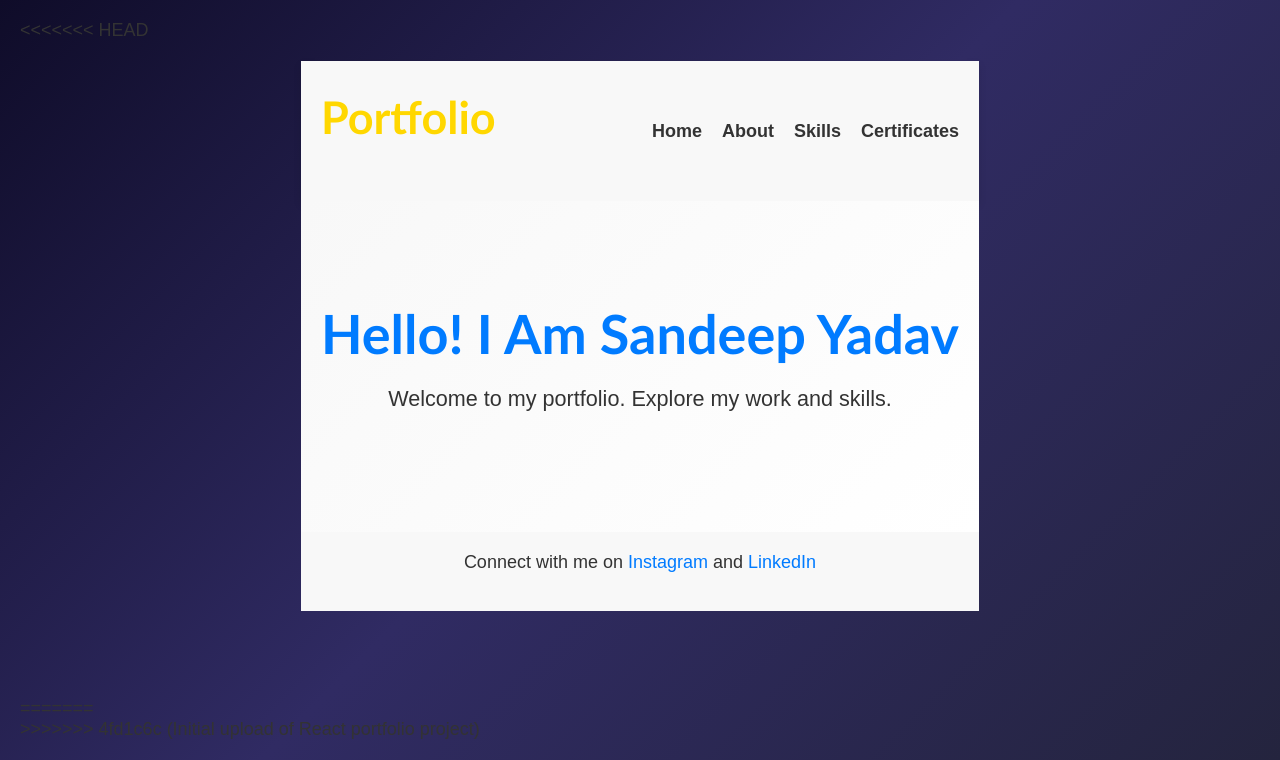
Repository: SandeepYadav18717/Sandeep_portfolio
Page: /
These files come from the project's save history. The page is drawn as it stood at one moment and after the next save; the edit follows.
The browser window is 1280 px wide. The pictures show the whole page.
The project was rebuilt for these pictures with package versions that can differ from the ones it lists, and the page was loaded fresh each time. Also part of the build but not shown: vite.config.js, src/index.css, src/App.css, src/Navbar/Navbar.jsx, src/Pages/Home.css, src/Pages/Index.jsx, src/Cards/Cards.jsx, src/Pages/Skills.jsx and 3 more.

Above is the page before, as saved 2025-08-30 07:42:50.
Console error: ReferenceError: hii is not defined

### index.html
<<<<<<< HEAD
 <!DOCTYPE html>
<html lang="en">
<head>
    <meta charset="UTF-8">
    <meta name="viewport" content="width=device-width, initial-scale=1.0">
    <title>Portfolio - Sandeep Yadav</title>
    <style>
        body {
            margin: 0;
            font-family: 'Arial', sans-serif;
            background-color: #ffffff;
            color: #333333;
            height: 100vh;
            display: flex;
            flex-direction: column;
            justify-content: space-between;
        }

        .container {
            max-width: 1200px;
            margin: 0 auto;
            padding: 20px;
            flex: 1;
        }

        .navbar {
            display: flex;
            justify-content: space-between;
            align-items: center;
            padding: 20px;
            background-color: #f8f8f8;
            box-shadow: 0 4px 8px rgba(0, 0, 0, 0.1);
            animation: slideIn 1s ease-out;
        }

        .navbar ul {
            list-style: none;
            display: flex;
            gap: 20px;
        }

        .navbar ul li {
            display: inline;
        }

        .navbar ul li a {
            color: #333333;
            text-decoration: none;
            font-weight: bold;
            transition: color 0.3s;
        }

        .navbar ul li a:hover {
            color: #007bff;
        }

        .hero {
            text-align: center;
            padding: 100px 20px;
            background: linear-gradient(135deg, #f8f8f8, #ffffff);
            animation: fadeIn 2s ease-in-out;
            flex: 1;
        }

        .hero h1 {
            font-size: 3em;
            margin: 0;
            color: #007bff;
            animation: bounceIn 1.5s ease-in-out;
        }

        .hero p {
            font-size: 1.2em;
            margin: 20px 0;
            color: #333333;
            animation: fadeIn 2s ease-in-out;
        }

        .hero a {
            display: inline-block;
            padding: 10px 20px;
            color: #ffffff;
            background-color: #007bff;
            text-decoration: none;
            border-radius: 5px;
            transition: background-color 0.3s;
            animation: fadeIn 2s ease-in-out;
        }

        .hero a:hover {
            background-color: #0056b3;
        }

        .footer {
            text-align: center;
            padding: 20px;
            background-color: #f8f8f8;
            animation: slideIn 1s ease-out;
        }

        .footer a {
            color: #007bff;
            text-decoration: none;
        }

        @keyframes slideIn {
            from {
                transform: translateY(-100%);
                opacity: 0;
            }
            to {
                transform: translateY(0);
                opacity: 1;
            }
        }

        @keyframes fadeIn {
            from {
                opacity: 0;
            }
            to {
                opacity: 1;
            }
        }

        @keyframes bounceIn {
            0%, 20%, 40%, 60%, 80%, 100% {
                transform: translateY(0);
            }
            50% {
                transform: translateY(-20px);
            }
        }
    </style>
</head>
<body>
    <div class="container">
        <nav class="navbar">
            <div class="logo">
                <h1>Portfolio</h1>
            </div>
            <ul>
                <li><a href="index.html">Home</a></li>
                <li><a href="about sandeep.html">About</a></li>
                <li><a href="Sandeep port experience.html">Skills</a></li>
                <li><a href="Sandeep port certifications.html">Certificates</a></li>
            </ul>
        </nav>

        <section class="hero" id="home">
            <h1>Hello! I Am Sandeep Yadav</h1>
            <p>Welcome to my portfolio. Explore my work and skills.</p>

        </section>

        <footer class="footer">
            <p>Connect with me on <a href="https://instagram.com/sandeepyadav782707?utm_source=qr&igshid=ZDc4ODBmNjlmNQ%3D%3D">Instagram</a> and <a href="https://www.linkedin.com/in/sandeep-yadav-0b6357210">LinkedIn</a></p>
        </footer>
    </div>
</body>
</html>
=======
<!doctype html>
<html lang="en">
  <head>
    <meta charset="UTF-8" />
    <link rel="icon" type="image/svg+xml" href="/vite.svg" />
    <meta name="viewport" content="width=device-width, initial-scale=1.0" />
    <title>Vite + React</title>
  </head>
  <body>
    <div id="root"></div>
    <script type="module" src="/src/main.jsx"></script>
  </body>
</html>
>>>>>>> 4fd1c6c (Initial upload of React portfolio project)

### src/App.jsx
import { useState } from 'react'
import reactLogo from './assets/react.svg'
import viteLogo from '/vite.svg'
import './App.css'
import Navbar from './navbar/Navbar'
import Home from './Pages/Index.jsx'
import Cards, { Card } from './Cards/Cards.jsx'
import Skills from './Pages/Skills.jsx'
import Index from './Pages/Index.jsx'
import Cert from './Certifitae/Certi.jsx'
import Contact from './Contact/contact.jsx'
import Checkbox from "./Practice/Checkbox.jsx"







function App() {

  return (
    <>
   <Checkbox/>







    </>
  )
}

export default App

### src/Navbar/Navabr.css
@import url('https://fonts.googleapis.com/css2?family=Press+Start+2P&display=swap');

#container {
    height: 70px;
    width: 100%;
    display: flex;
    justify-content: space-evenly;
    align-items: center;
    font-family: 'Press Start 2P', cursive;
    color: #4e3940;
    background-color: transparent;
    transition: all 0.2s ease-in-out;
}
#container

.nav-item {
    padding: 10px 25px;
    border-radius: 10px;


    transition: all 0.4s ease;
}

#container .nav-item:hover {
    text-shadow: 2px 2px 5px whitesmoke;
    box-shadow: 0 10px 20px rgba(0,0,0,0.5);
    transform: translateY(-10px) scale(1.1);
    background-color:  #4e3940;
    color: whitesmoke;
    cursor: pointer;
}

body{
    background: linear-gradient(135deg,black);
    height: 100vh;
}

### src/Cards/Card.css
@import url('https://fonts.googleapis.com/css2?family=Montserrat:wght@400;700&display=swap');

#card-contain{
    display: flex;

    height:250px;
    margin-top: 10%;
    justify-content: center;
    border-radius: 25px;
    gap:4%



}


.Back {
  background: linear-gradient(135deg, #3a1c71, #d76d77, #ffaf7b);
  height: 250px;
  width: 250px;
  border-radius: 25px 80px 25px  80px;
  border: 3px double gold;
   margin-left: 0px;
   padding-left: 20px;
   padding-top: 20px;
  transition: transform 0s ease;
  box-shadow: 5px 10px 18px 5px black ;
  animation: card 1s ease-in-out 0s;

}
@keyframes card {
  0%{
    transform: scale(0.5);
    opacity: 0;


  }


  100%{
    transform: scale(1);
    opacity: 200;
  }

}

.Back:hover {
 transform: rotateY(180deg);
 height:400px;
 color: wheat;
  background: linear-gradient(135deg, #0f0c29, #302b63, #24243e);
  border: 3px solid gold;
  box-shadow: 5px 10px 18px  crimson;
  font-family:'Montserrat' ;
}

.Back-X {
  background: linear-gradient(-135deg, #3a1c71, #d76d77, #ffaf7b);
  height: 250px;
  width: 250px;
  padding-left: 20px;
  padding-top: 50px;
  border-radius: 50px;
   margin-left: 0px;
  transition: transform 0s ease;
  box-shadow: 5px 10px 18px 10px black;


}
.Back-X:hover {
  transform: rotateX(180deg);
 height:400px;
 padding-top: 20px;
 color: wheat;
  background: linear-gradient(135deg, #0f0c29, #302b63, #24243e);
  border: 3px solid gold;
  box-shadow: 5px 10px 18px  crimson;
  font-family:'Montserrat' ;



}

.card-1,.card-3  {
  border-radius: 25px;
  height: 250px;
   margin-left: 40px;
  color: transparent;
  transition: transform 1s ease;


}
.card-1:hover {
  transform: rotateY(180deg);


}


.card-2,.card-4 {

  height: 450px;
  width: 250px;
  border-radius: 25px;
   margin-left: 40px;
  transition: transform 1s ease;
  color: transparent;

}

.card-2:hover {
  transform: rotatex(180deg);

}


.card-3:hover {
  transform: rotateY(180deg);
   color: wheat;
}

.card-4:hover {
  transform: rotateX(180deg);

}
body{
 background: linear-gradient(135deg, #0f0c29, #302b63, #24243e);
            color: #f8f8f8;
            min-height: 100vh;
            padding: 20px;
}
h3{
  color: yellow;
  font-size: xx-large;
  margin-top:0% ;
}
h3:hover{
  color: yellow;

  margin-top:0% ;
}
p{
  margin-top: 0%;
}

### src/Pages/Skills.css


h1 {
  text-align: center;
  color: gold;
  font-family: 'Gill Sans', 'Gill Sans MT', Calibri, 'Trebuchet MS', sans-serif;
  margin-top: 20px;
  font-size: 250%;
  margin-top: 5%;
}
#card-skill {
  height: 200px;
  display: flex;

  align-items: center;
  gap:2%;
  border-radius: 20px;
  color: white;
  width:100%




}
.card-skill-1,.card-skill-2,.card-skill-3,.card-skill-4{
    background-color:  rgba(15, 12, 41, 0.7);
    border: 1px solid gold;
    height:145px;
    width:250px;
    background: rgba(15, 12, 41, 0.5);
    border-radius: 25px;
    margin-left: 4%;
    margin-top: 5%;
    text-align: center;
    color: #ffd700


 ;


}
.card-skill-1:hover,.card-skill-2:hover,.card-skill-3:hover,.card-skill-4:hover,.card-skill.h3:hover{
    border-color: #ffd700;
    box-shadow: 10px 15px 15px rgba(255, 215, 0, 0.2),  0 2.5px 5px crimson;
    transform: scale(1.3);
    border:2px, double ,gold;

}
.card-skill.h3 {
  color: yellow;
  background: transparent;
  display: inline-block;
  font-size: 20px;
  transition: transform 0.3s ease, color 0.3s ease;
  height: 35px;
  width:250px;
}

### src/Contact/contact.css
body{
    background-color: azure;
    color: aqua;
    font-size: large;
}
.input-box {
             display: inline-flex;
            align-items: center;
            gap: 15px;
            margin-top: 2%;
            padding: 18px 40px;
            background: linear-gradient(135deg, var(--gold) 0%, #B8860B 100%);
            color: var(--dark);
            border: none;
            font-weight: 600;
            border-radius: 2px;
            transition: var(--transition);
            box-shadow: 0 10px 30px rgba(212, 175, 55, 0.3);
            cursor: pointer;



}
@keyframes input {
   25% {
    transform: translateY(-1225px);
  }
  50% {
    transform: translateZ(100px) translateY(100px);
  }
  75% {
    transform: translateZ(1225px);
  }
}


.input-box:focus {
  border-color: #007bff;
  box-shadow: -4px 15px 25px rgba(240, 241, 243, 0.5);
  width: 500px;

}
button{
    display: inline-flex;
            align-items: center;

            gap: 15px;
            padding: 18px 40px;
            background: linear-gradient(to right, #ff9966, #ff5e62);
            color: Gold;
            border: yellow;
            font-weight: 600;
            border-radius: 2px;
            transition: var(--transition);
            box-shadow: 0 10px 30px rgba(212, 175, 55, 0.3);
            cursor: pointer;
}
button:hover{
     transform: translateY(-3px);
            box-shadow: 0 15px 40px rgba(212, 175, 55, 0.4);
}
#heading{
    font-size: xxx-large;
    color:  #f9dcdc;
    text-shadow: 1px 1px 4px  gold;
    text-align: center;
}

### src/Practice/Checkbox.jsx
import { useState } from "react";

useState

function Checkbox(){
    const[Gender,setGender]=useState(hii);
    function value(event){
        setGender(event.target.value)

    }



    return(

        <>
     <h1>gender </h1>

<input onClick={value}type="radio"
 name="gender"
 id="male"/>male

<input type="radio"
 name="gender"
 id="male"/>Female

     </>
    );
}
export default Checkbox

Loaded but not shown: src/main.jsx (common file); src/index.css (no copy from this time; the picture is the same without it)

After the next save:
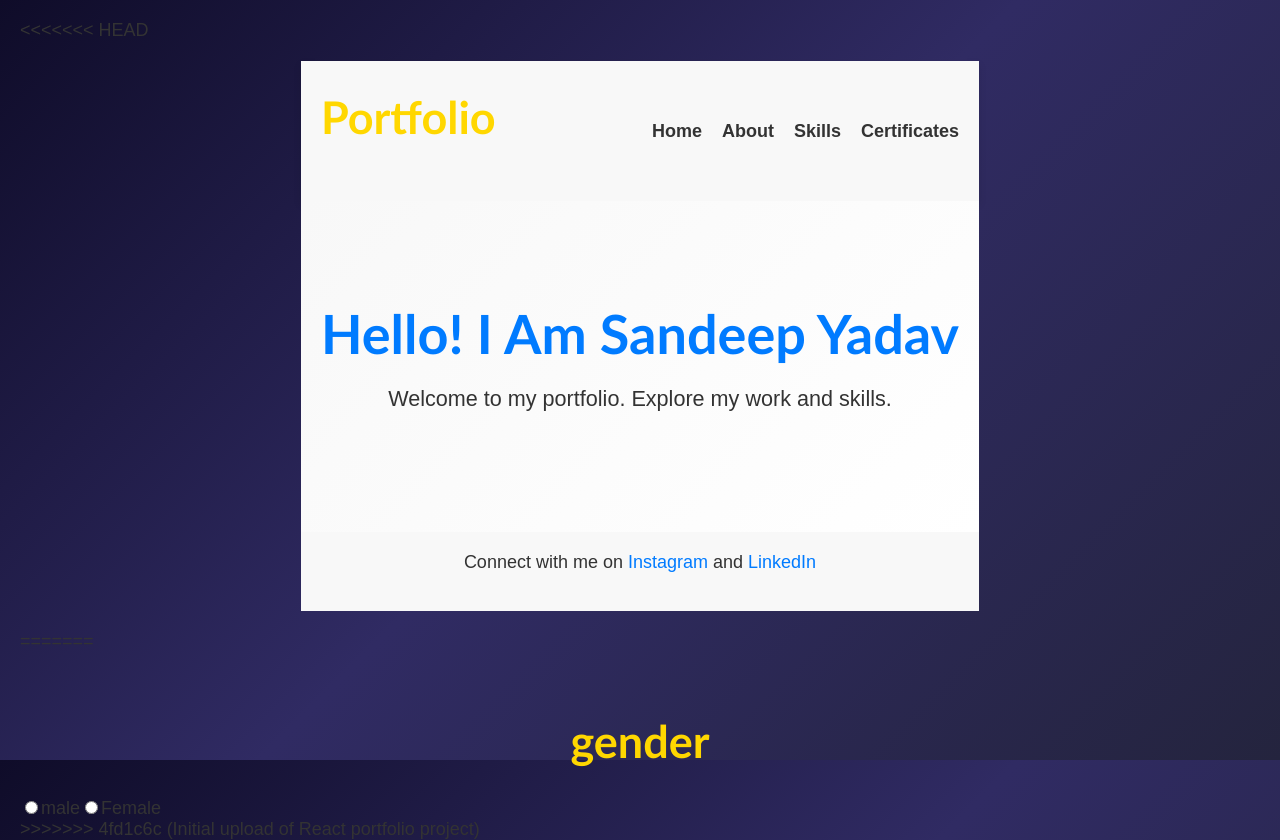
The error is gone.
Saved 28 s later.
--- a/src/Practice/Checkbox.jsx
+++ b/src/Practice/Checkbox.jsx
@@ -3,7 +3,7 @@ import { useState } from "react";
 useState
 
 function Checkbox(){
-    const[Gender,setGender]=useState(hii);
+    const[Gender,setGender]=useState();
     function value(event){
         setGender(event.target.value)
 
